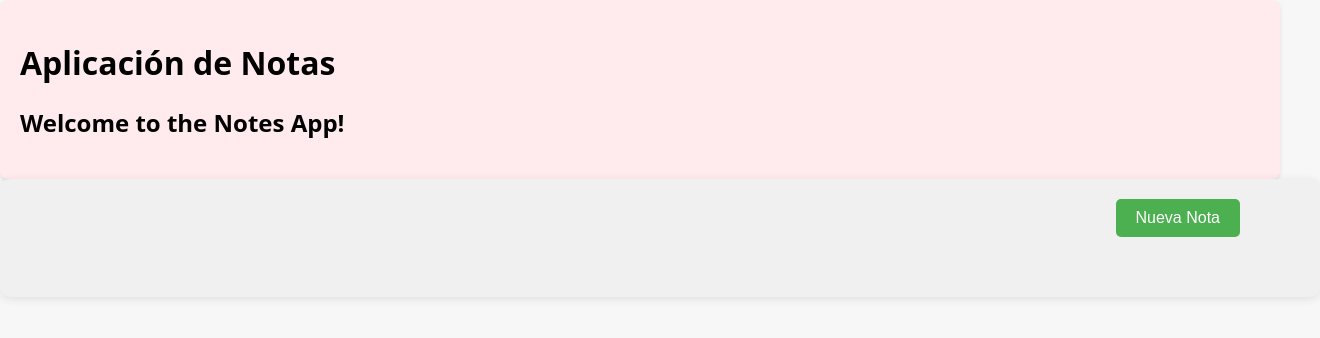
Repository: xunxuno/aplicacion_web_notas
Page: / (app in notas_web_app/)
An editor plug-in stored every save of this project. The page is shown before and after the next save, followed by the edit.
The browser window is 1280 px wide. The page is 1320 px wide, so the pictures cover 1320 px, including what lies to the right of the window. The pictures show the whole page.
The project was rebuilt for these pictures with package versions that can differ from the ones it lists, and the page was loaded fresh each time. Also part of the build but not shown: notas_web_app/vite.config.ts, notas_web_app/src/components/Note.tsx, notas_web_app/src/components/NoteCollection.tsx, notas_web_app/src/components/NoteModal.tsx.

Above is the page before, as saved 2024-10-02 16:06:56.

After the next save:
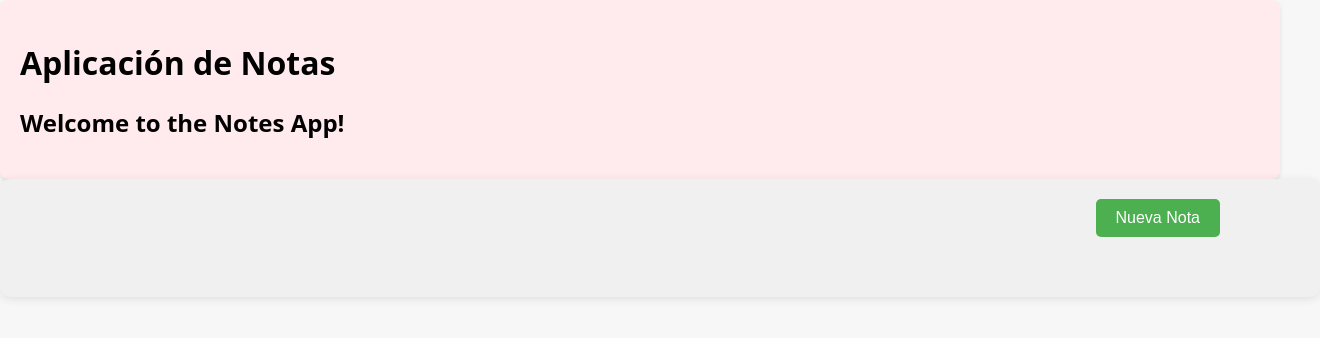
Saved 2 min 31 s later.
--- a/notas_web_app/src/styles.css
+++ b/notas_web_app/src/styles.css
@@ -51,4 +51,6 @@ body {
   display: flex; /* Usar flexbox para alinear los elementos */
   justify-content: flex-end; /* Alinear los elementos al final (derecha) */
   margin-bottom: 20px; /* Margen inferior para separar del siguiente elemento */
+  padding: 0 20px; /* Espaciado interno a la izquierda y derecha */
+  /* Esto asegura que el botón no se salga del borde */
 }
